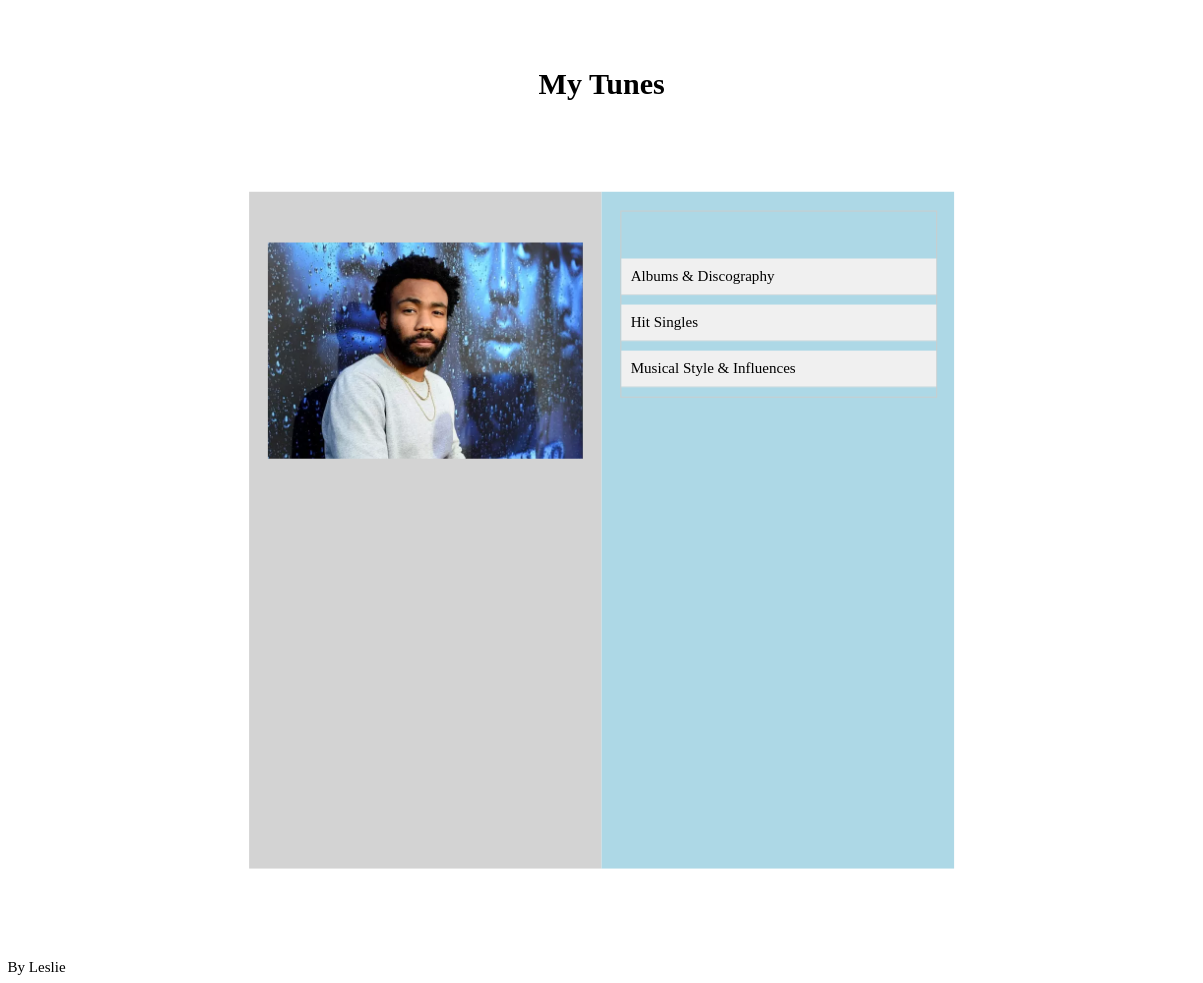
Repository: leslie179/labOne
Page: /
An editor plug-in stored every save of this project. The page is shown before and after the next save, followed by the edit.
The browser window is 1280 px wide. The pictures show the whole page, at 94% of full size.
The project was rebuilt for these pictures with package versions that can differ from the ones it lists, and the page was loaded fresh each time. The framework's server and built-in components were replaced by stand-ins that run in the browser. Also part of the build but not shown: next.config.js, components/Footer/Footer.module.css.

Above is the page before, as saved 2024-09-15 22:10:39.

After the next save:
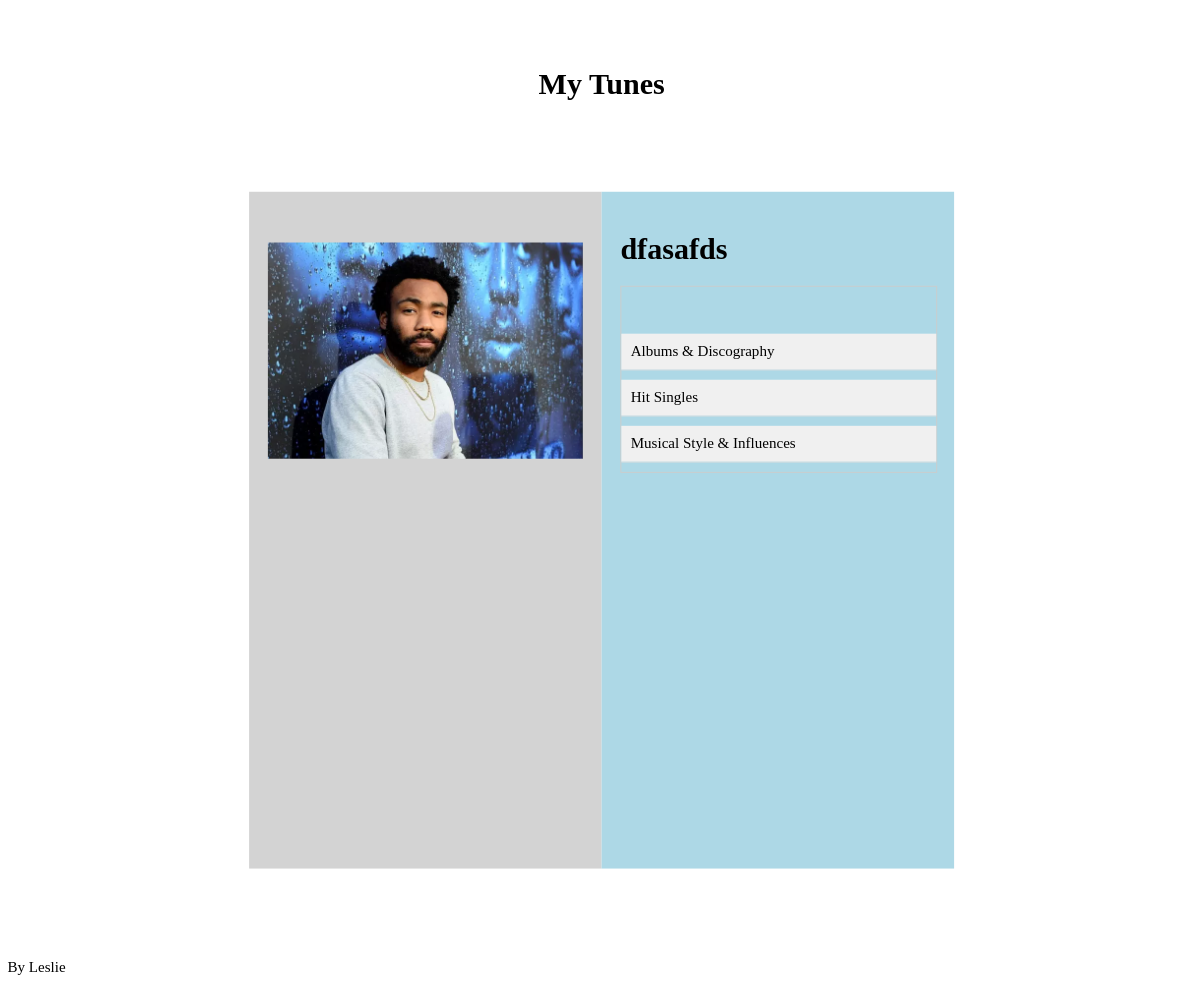
Saved 18 s later.
--- a/pages/index.js
+++ b/pages/index.js
@@ -21,6 +21,7 @@ export default function Home() {
                 <LeftComponent />
             </div>
             <div className={styles.right}>
+              <h1>dfasafds</h1>
                 <RightComponent />
             </div>
             </div>
